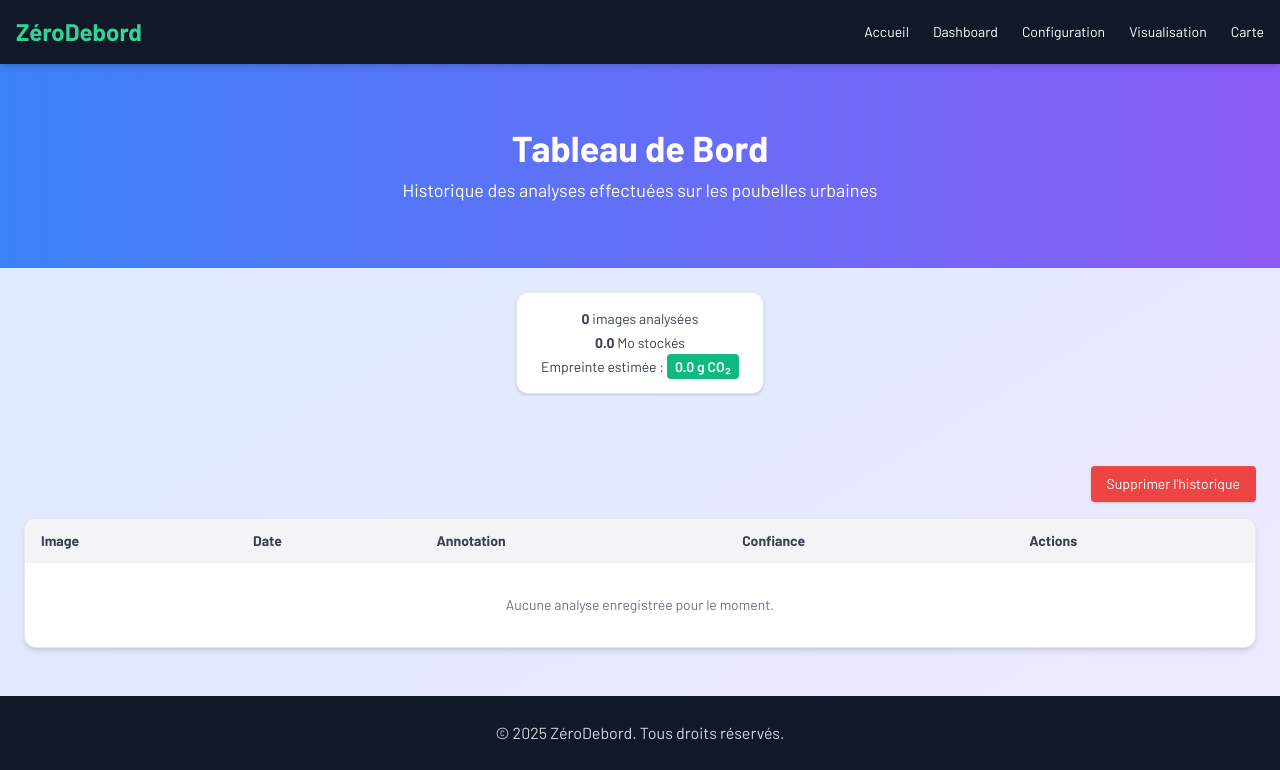
Repository: BaptGBM/MASTERCAMP
Page: http://localhost/dashboard
The author's editor kept a copy of each file at every save. The page is drawn from the files as they stood at one save, then again after the next save.
The browser window is 1280 px wide. The pictures show the whole page.
The page is served by the project's application, run on Flask 3 (app.py). Queries for data that is not in the repository find no rows.

Above is the page before, as saved 2025-07-08 22:10:17.

After the next save:
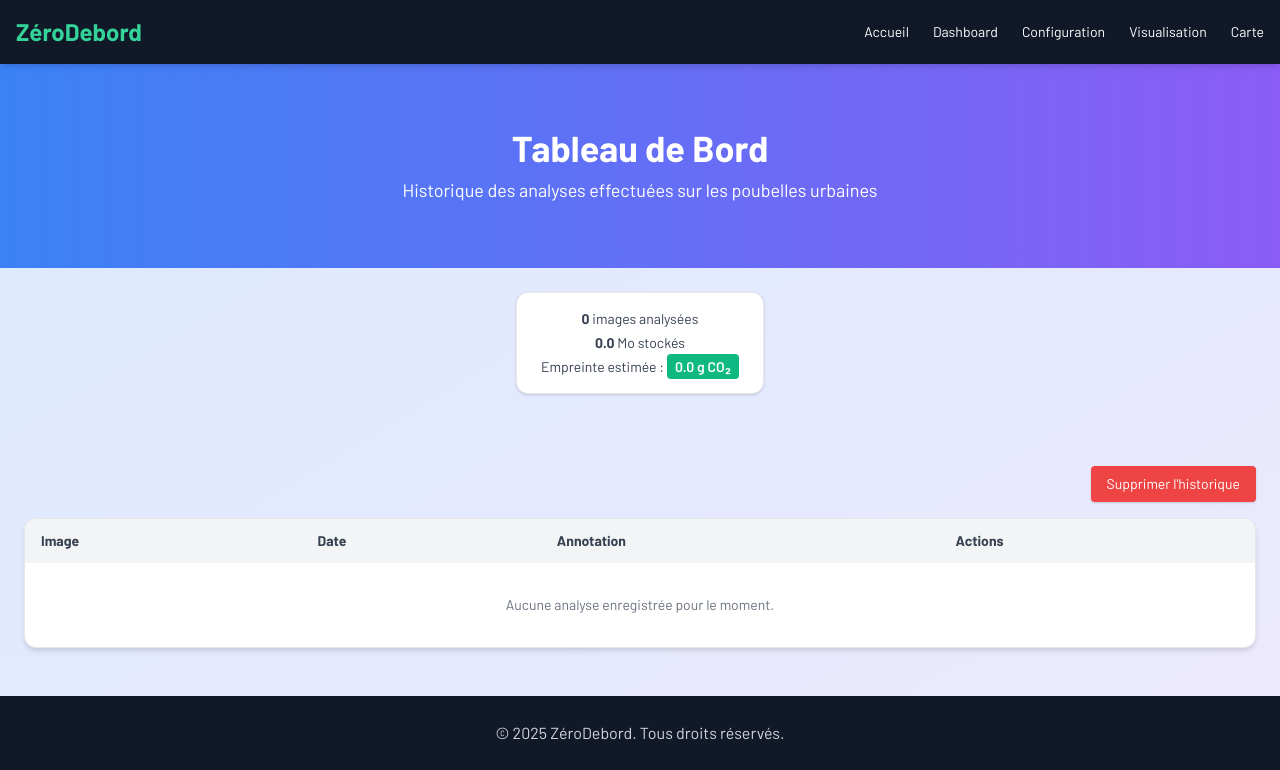
Saved 8 min 51 s later.
--- a/templates/dashboard.html
+++ b/templates/dashboard.html
@@ -75,7 +75,6 @@
             <th class="px-4 py-3">Image</th>
             <th class="px-4 py-3">Date</th>
             <th class="px-4 py-3">Annotation</th>
-            <th class="px-4 py-3">Confiance</th>
             <th class="px-4 py-3">Actions</th>
           </tr>
         </thead>
@@ -92,7 +91,6 @@
                     {{ image.annotation | capitalize }}
                   </span>
                 </td>
-                <td class="px-4 py-2">{{ (image.score * 100) | round(1) }} %</td>
                 <td class="px-4 py-2 space-x-2">
                   <a href="{{ url_for('annotate', image_id=image.id, label='pleine') }}" class="text-sm bg-red-100 text-red-600 px-2 py-1 rounded">Pleine</a>
                   <a href="{{ url_for('annotate', image_id=image.id, label='vide') }}" class="text-sm bg-green-100 text-green-600 px-2 py-1 rounded">Vide</a>
@@ -101,7 +99,7 @@
             {% endfor %}
           {% else %}
             <tr>
-              <td colspan="5" class="text-center text-gray-500 px-4 py-8">
+              <td colspan="4" class="text-center text-gray-500 px-4 py-8">
                 Aucune analyse enregistrée pour le moment.
               </td>
             </tr>
